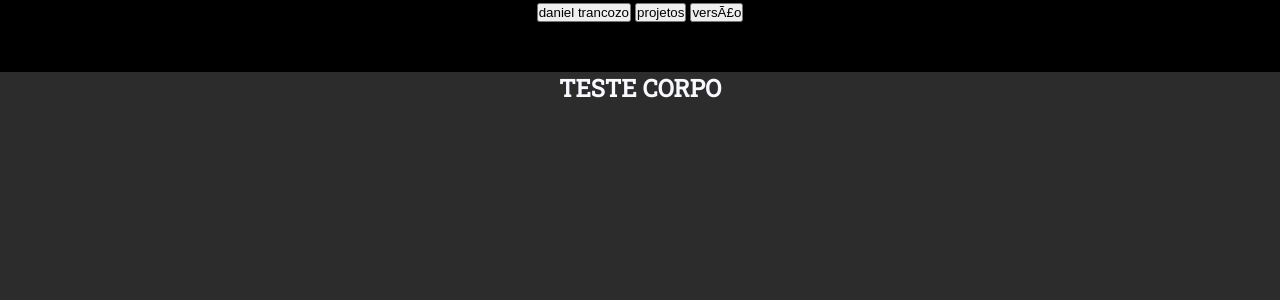
Repository: danieltrancozo/danieltrancozo.github.io
Page: index.html
The author's editor kept a copy of each file at every save. The page is drawn from the files as they stood at one save, then again after the next save.
The browser window is 1280 px wide. The pictures show the whole page.

Above is the page before, as saved 2021-05-04 23:24:01.

### index.html
<!DOCTYPE html>
<meta charset="UFT-8">
<meta name="lenguage" content="pt-br">
<meta name="autor" content="Daniel Trancozo Vianna">
<meta name="description" content="Portifolio de Desenvolvedor Web">
<meta name="keywords" content="HTML, CSS, JS, web development, portifolio">
<html>

<head>
    <title>Minha P&aacutegina</title>
    <link rel="stylesheet" type="text/css" href="css/estilo3.css">
    <link rel="preconnect" href="https://fonts.gstatic.com">
    <link href="https://fonts.googleapis.com/css2?family=Playfair+Display&family=Roboto+Slab&display=swap" rel="stylesheet">
    <script>
    </script>
</head>
<body>
    <div class="container">
        <div class="cab">
            <nav class="menu">
                <ul>
                    <li><button>daniel trancozo</button></li>
                    <li><button>projetos</button></li>
                    <li><button>versão</button></li>
                </ul>
            </nav>
        </div>
        <div class="corp">
            <h2 style="text-transform: uppercase;">teste corpo</h2>
        </div>
    </div>
    <div class="t2"></div>
</body>
</html>

### css/estilo3.css
@import url('https://fonts.googleapis.com/css2?family=Playfair+Display&family=Roboto+Slab&display=swap');
* {
    margin: 0;
    padding: 0;
}
body{
    background-color: rgba(0, 0, 0, 0.863);
    color: antiquewhite;
    text-align: center;
}
.container{
    background-color: transparent;
    display: flex;
    flex-direction: column;
}
.cab{
    background-color: black;
    color: silver;
    font-family: 'Playfair Display', serif;
    height: 10%;
    width: 100%;
    position: absolute;
}
.corp{
    background-color: rgb(44, 44, 44);
    color: ghostwhite;
    font-family: 'Roboto Slab', serif;
    height: 90%;
    width: 100%;
    position: absolute;
    top: 10%;
}
.t2{
    background-color: transparent;
    width: 100%;
    height: 100%;
    visibility: hidden;
}
.manu ul{
    text-align: center;
    border-color: transparent;
    list-style: none;
}
.menu ul li{
    display: inline;
}
.menu ul li h1{
    text-transform: uppercase;
}

After the next save:
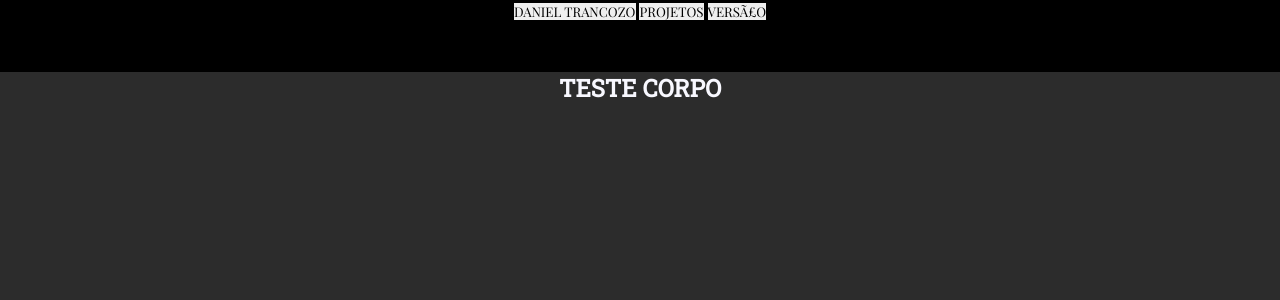
Saved 1 s later.
--- a/css/estilo3.css
+++ b/css/estilo3.css
@@ -44,6 +44,8 @@ body{
 .menu ul li{
     display: inline;
 }
-.menu ul li h1{
+.menu ul li button{
+    border: none;
     text-transform: uppercase;
+    font-family: 'Playfair Display', serif;
 }
